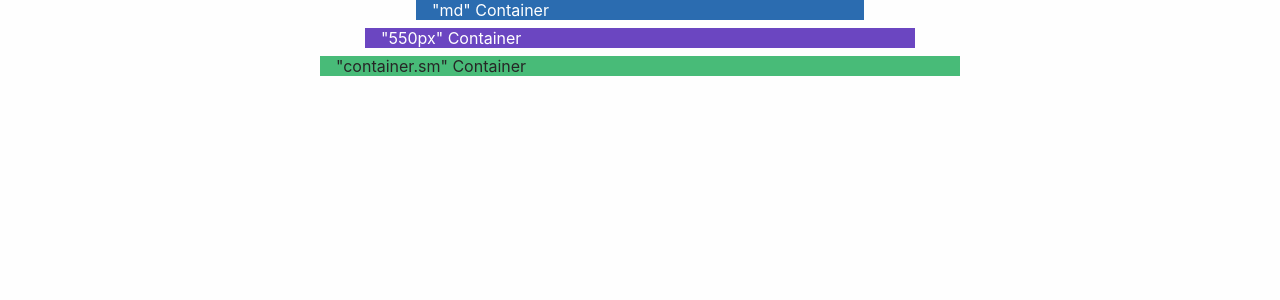
Repository: jorgelucasjs/chakra-ui-doc
Page: /
These files come from the project's save history. The page is drawn as it stood at one moment and after the next save; the edit follows.
The browser window is 1280 px wide. The pictures show the whole page.
The project was rebuilt for these pictures with package versions that can differ from the ones it lists, and the page was loaded fresh each time.

Above is the page before, as saved 2023-01-06 11:49:52.

### public/index.html
<!DOCTYPE html>
<html lang="en">
  <head>
    <meta charset="utf-8" />
   <!--  <link rel="icon" href="%PUBLIC_URL%/logo.jpg" /> -->
    <meta name="viewport" content="width=device-width, initial-scale=1" />
    <meta name="theme-color" content="#000000" />
    <meta
      name="description"
      content="Web site created using create-react-app"
    />
    <!-- <link rel="apple-touch-icon" href="%PUBLIC_URL%/logo.jpg" /> -->
    <!--
      manifest.json provides metadata used when your web app is installed on a
      user's mobile device or desktop. See https://developers.google.com/web/fundamentals/web-app-manifest/
    -->
    <link rel="manifest" href="%PUBLIC_URL%/manifest.json" />
    <!--
      Notice the use of %PUBLIC_URL% in the tags above.
      It will be replaced with the URL of the `public` folder during the build.
      Only files inside the `public` folder can be referenced from the HTML.

      Unlike "/favicon.ico" or "favicon.ico", "%PUBLIC_URL%/favicon.ico" will
      work correctly both with client-side routing and a non-root public URL.
      Learn how to configure a non-root public URL by running `npm run build`.
    -->
    <title>Chackra ui</title>
  </head>
  <body>
    <noscript>You need to enable JavaScript to run this app.</noscript>
    <div id="root"></div>
    <!--
      This HTML file is a template.
      If you open it directly in the browser, you will see an empty page.

      You can add webfonts, meta tags, or analytics to this file.
      The build step will place the bundled scripts into the <body> tag.

      To begin the development, run `npm start` or `yarn start`.
      To create a production bundle, use `npm run build` or `yarn build`.
    -->
  </body>
</html>

### src/index.tsx
import React from 'react';
import ReactDOM from 'react-dom/client';
import App from './App';
import reportWebVitals from './reportWebVitals';

const root = ReactDOM.createRoot(
  document.getElementById('root') as HTMLElement
);


root.render(

	<React.StrictMode>
		<App />
	</React.StrictMode>

);

reportWebVitals();

### src/App.tsx
import * as React from 'react';
import PagesRouter from './routes';
import { extendTheme, ChakraProvider, ColorModeScript } from '@chakra-ui/react';
import theme from './theme/theme';

export default function App(): JSX.Element {

	return (
		<ChakraProvider theme={theme}>
			<ColorModeScript initialColorMode={theme.config.initialColorMode} />
			<PagesRouter />
		</ChakraProvider>
	);
}

### src/routes/index.tsx
import React from 'react';
import { BrowserRouter, Route, Routes } from 'react-router-dom';
import Home from '../pages';
import GlobalStyle from './../style/Global';
export default function PagesRouter(): JSX.Element {
	return (

		<BrowserRouter>
			<GlobalStyle />

			<Routes>

				<Route
					path='/'
					element={<Home />}
				/>
			</Routes>
		</BrowserRouter>

	);
}

### src/theme/theme.ts
import { extendTheme, ThemeConfig } from '@chakra-ui/react';

const config: ThemeConfig = {
	initialColorMode: 'light',
	useSystemColorMode: false,
};

const colors = {
	brand: {
		900: '#1a365d',
		800: '#153e75',
		700: '#2a69ac',
	},
};

const theme = extendTheme({ config, colors });

export default theme;

### src/pages/index.tsx
import React from 'react';
import { Box, Container, Text, Flex, Grid, Button, SimpleGrid, Wrap, WrapItem, VStack } from '@chakra-ui/react';
import Gradient from '../components/Gradient';
import ColorMode from '../components/ColorMode';
import ModalComponent from '../components/ModalComponent';
import TabsComponents from '../components/TabsComponents';
import { CircularProgress, CircularProgressLabel } from '@chakra-ui/react';
import SkeletonComponents from '../components/SkeletonComponents';
import { Avatar, AvatarBadge, AvatarGroup } from '@chakra-ui/react';
import FormControl from '../components/FormControl';

export default function index(): JSX.Element {

	return (
		<VStack>
			<Container maxW='md' bg='blue.600' color='white'>
				<div>"md" Container</div>
			</Container>
			<Container maxW='550px' bg='purple.600' color='white'>
				<div>"550px" Container</div>
			</Container>
			<Container maxW='container.sm' bg='green.400' color='#262626'>
				"container.sm" Container
			</Container>
		</VStack>
	);
}

### src/style/Global.ts
import { createGlobalStyle } from 'styled-components';

export default createGlobalStyle`
  * {
	  margin: 0;
	  padding: 0;
	  box-sizing: border-box;
	}

  body {
	  width: 100vw;
	  background:#fefefe;
  }

  body,
  input,
  textarea,
  button {
	font: 400 1rem Inter, sans-serif;
  }

  h1 {
	font-size: 2.5rem;
	font: 700;
	font-family: 'Work Sans', sans-serif;
  }

  h2 {
	font-size: 1.5rem;
  }

  button {
	cursor: pointer;
  }

  h1,
  h2,
  h3,
  h4,
  h5,
  h6 {
	font-weight: 600;
	font-family: Lexend, sans-serif;
  }

  input {
	outline: none;
  }
  a{
	text-decoration:none;
	color:#fff;
  }
  .modalContent,
  .secondModal {
	>img {
	  width: 15rem;
	  margin: 15px auto;
	  display: flex;
	  justify-content: center;
	  align-self: center;
	}
	> form {
	  margin: 20px 0;
	  width: 100%;
	  text-align: center;

	> label {
	  display: flex;
	  align-items: flex-start;
	  margin: 15px 0;
	  color: #1c1c1c;
	}

	>button {
	  margin-top: 25px;
	}
  }
}


.secondModal {
  >h1 {
	text-align: center;
	margin: 4rem 0 0 0;
  }

  >span {
	display: block;
	text-align: center;
	color: #1c1c1c;
	font-size: 15px;
	margin: 20px 0;
  }
}



`;

Loaded but not shown: src/reportWebVitals.ts (common file)

After the next save:
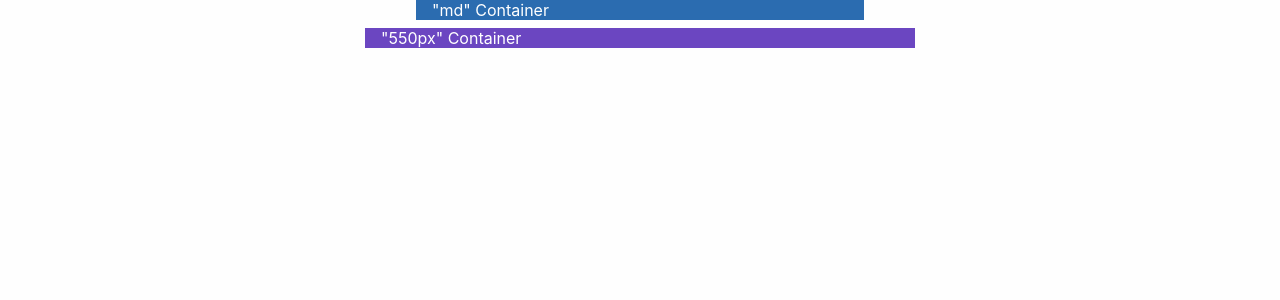
Saved 5 s later.
--- a/src/pages/index.tsx
+++ b/src/pages/index.tsx
@@ -20,7 +20,7 @@
 				<div>"550px" Container</div>
 			</Container>
 			<Container maxW='container.sm' bg='green.400' color='#262626'>
-				"container.sm" Container
+
 			</Container>
 		</VStack>
 	);

After the save that followed:
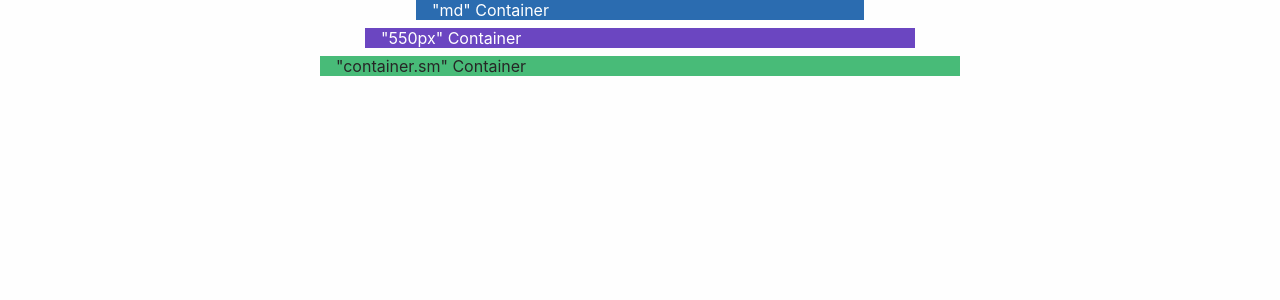
Saved 4 s later.
--- a/src/pages/index.tsx
+++ b/src/pages/index.tsx
@@ -20,7 +20,7 @@
 				<div>"550px" Container</div>
 			</Container>
 			<Container maxW='container.sm' bg='green.400' color='#262626'>
-
+				<div>"container.sm" Container</div>
 			</Container>
 		</VStack>
 	);
